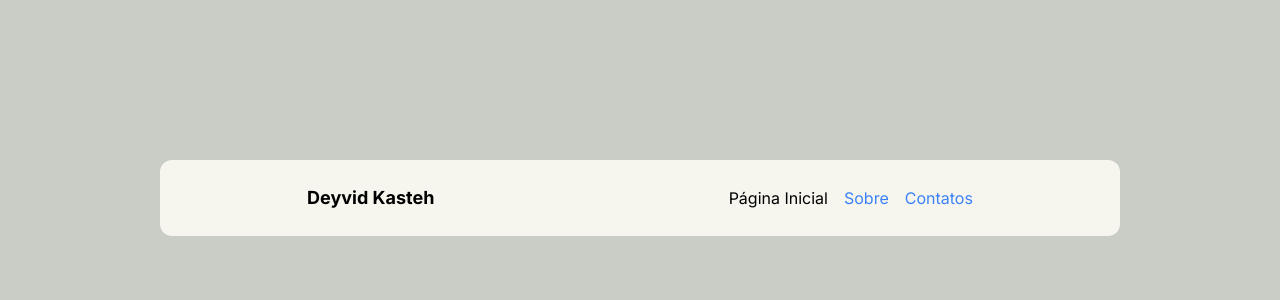
Repository: Deyvid-Kasteh/kasteh_portfolio
Page: /
These files come from the project's save history. The page is drawn as it stood at one moment and after a run of saves; the edit follows.
The browser window is 1280 px wide. The pictures show the whole page.
The project was rebuilt for these pictures with package versions that can differ from the ones it lists, and the page was loaded fresh each time. The framework's server and built-in components were replaced by stand-ins that run in the browser. Also part of the build but not shown: next.config.mjs.

Above is the page before, as saved 2024-03-24 02:39:46.

After the next 3 saves:
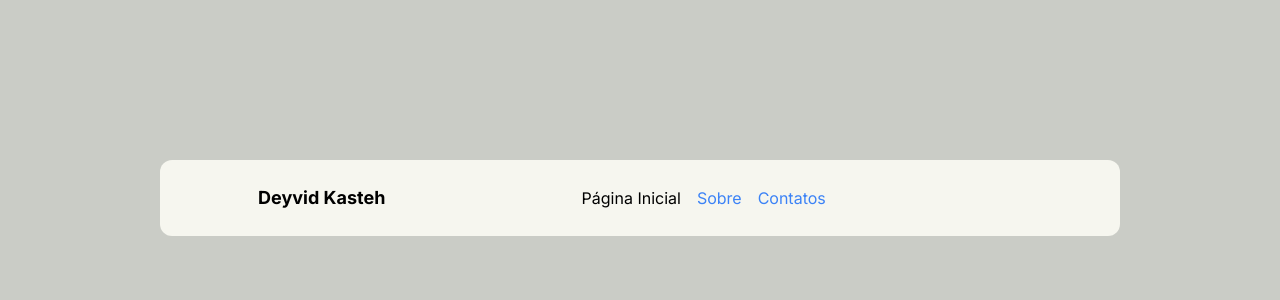
The 3 saves are shown as one change because they came seconds apart.
The last was saved 4 min 52 s later.
--- a/src/app/components/header.tsx
+++ b/src/app/components/header.tsx
@@ -23,7 +23,8 @@ const Header: React.FC = () => {
             </a>
           </li>
         </ul>
-      </nav>
+          </nav>
+          <div></div>
     </header>
   );
 };
